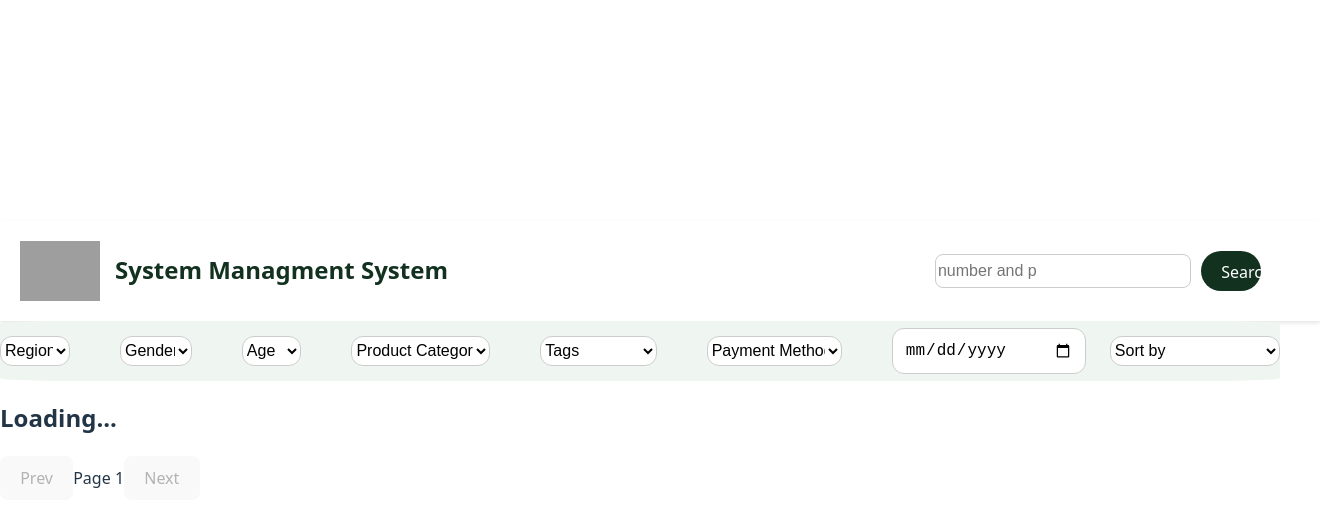
Repository: SandeepYadav18717/TruEstae
Page: / (app in TruEstae/)
An editor plug-in stored every save of this project. The page is shown before and after the next save, followed by the edit.
The browser window is 1280 px wide. The page is 1320 px wide, so the pictures cover 1320 px, including what lies to the right of the window. The pictures show the whole page.
Pictures or frames that could not be fetched are drawn as grey boxes. The page's requests for data from a server got no answer. The project was rebuilt for these pictures with package versions that can differ from the ones it lists, and the page was loaded fresh each time. No one was signed in, and anything a server would have sent is missing. Also part of the build but not shown: TruEstae/vite.config.js, TruEstae/src/App.css, TruEstae/src/Styles/Table.css.

Above is the page before, as saved 2025-12-09 07:24:44.

### TruEstae/index.html
<!doctype html>
<html lang="en">
  <head>
    <meta charset="UTF-8" />
    <link rel="icon" type="image/svg+xml" href="/vite.svg" />
    <meta name="viewport" content="width=device-width, initial-scale=1.0" />
    <title>javascript</title>
  </head>
  <body>
    <div id="root"></div>
    <script type="module" src="/src/main.jsx"></script>
  </body>
</html>

### TruEstae/src/App.jsx
import './App.css'

import Home from './Pages/Home.jsx'

function App() {
  return (
    <>


     <Home />
    </>
  )
}

export default App

### TruEstae/src/Pages/Home.jsx
import { useState, useEffect } from "react";
import Logo from "./Logo.jsx";
import SearchBar from "../components/search_bar.jsx";
import "../Styles/Home.css";
import Table from "./Table.jsx";

function Home() {
  const [filters, setFilters] = useState({
    region: "",
    gender: "",
    age: "",
    category: "",
    tags: "",
    payment: "",
    date: "",
    sortBy: "",
    page: 1,
    limit: 10,
  });

  const [data, setData] = useState([]);
  const [loading, setLoading] = useState(false);

  function Page(e) {
    const { id, value } = e.target;
    setFilters((prev) => ({ ...prev, [id]: value, page: 1 })); // reset to page 1
  }

  useEffect(() => {
    async function fetchData() {
      setLoading(true);

      const res = await fetch("http://localhost:5000/get-data", {
        method: "POST",
        headers: { "Content-Type": "application/json" },
        body: JSON.stringify(filters),
      });

      const result = await res.json();
      setData(result);

      setLoading(false);
    }

    fetchData();
  }, [filters]);

  return (
    <>
      <div className="topBar">
        <Logo />
        <SearchBar />
      </div>

      <div className="Container_Ui">
        <div id="Customer_Region">
          <select id="region" onChange={Page}>
            <option hidden>Region</option>
            <option>Central</option>
            <option>North</option>
            <option>South</option>
            <option>East</option>
            <option>West</option>
          </select>
        </div>

        <div id="Gender">
          <select id="gender" onChange={Page}>
            <option hidden>Gender</option>
            <option>Male</option>
            <option>Female</option>
          </select>
        </div>

        <div id="Age">
          <select id="age" onChange={Page}>
            <option hidden>Age</option>
            <option>18-25</option>
            <option>26-35</option>
            <option>36-50</option>
            <option>50+</option>
          </select>
        </div>

        <div id="Product_Category">
          <select id="category" onChange={Page}>
            <option hidden>Product Category</option>
            <option>Beauty</option>
            <option>Electronic</option>
            <option>Clothing</option>
          </select>
        </div>

        <div id="Tags">
          <select id="tags" onChange={Page}>
            <option hidden>Tags</option>

            <option>skincare</option>
            <option>beauty</option>
            <option>fashion</option>
            <option>organic</option>
            <option>fragrance-free</option>
            <option>portable</option>
            <option>smart</option>
            <option>gadgets</option>
            <option>makeup</option>
            <option>accessories</option>
            <option>cotton</option>
            <option>unisex</option>
            <option>formal</option>
          </select>
        </div>

        <div id="Payment_Method">
          <select id="payment" onChange={Page}>
            <option hidden>Payment Method</option>
            <option>Wallet</option>
            <option>Cash</option>
            <option>Card</option>
            <option>UPI</option>
            <option>Net Banking</option>
          </select>
        </div>

        <div id="Date">
          <input id="date" type="date" onChange={Page} />
        </div>

        <div id="SortBy">
          <select id="sortBy" onChange={Page}>
            <option hidden>Sort by</option>
            <option value="name-asc">Customer Name (A-Z)</option>
            <option value="name-desc">Customer Name (Z-A)</option>
            <option value="newest">Newest First</option>
            <option value="oldest">Oldest First</option>
          </select>
        </div>
      </div>

      {/*here is the loader if loading is true no data show  */}
      {loading && <h2>Loading...</h2>}

      {/* using props to get the table when loader is not true */}
      {!loading && <Table data={data} />}

      {/* PAGINATION BUTTONS */}
      <div>
        <button
          disabled={filters.page === 1}
          onClick={() =>
            setFilters((prev) => ({ ...prev, page: prev.page - 1 }))
          }
        >
          Prev
        </button>

        <span>Page {filters.page}</span>

        <button
          disabled={data.length < filters.limit}
          onClick={() =>
            setFilters((prev) => ({ ...prev, page: prev.page + 1 }))
          }
        >
          Next
        </button>
      </div>
    </>
  );
}

export default Home;

### TruEstae/src/Pages/Logo.jsx
import '../Styles/Logo.css';
function Logo() {
  return (
    <>
      <div className="App">
        <div id="container_home">
         <img src="https://truestate.in/assets/shared/images/trustate-logo-text.svg" />
          <h1>System Managment System</h1>
      </div>
    </div>
    </>
  );
}

export default Logo;

### TruEstae/src/components/search_bar.jsx
import '../Styles/search_bar.css';


function InputBar() {
  return (
    <div className="search_bar">
      <input type="text" placeholder="number and p" />
      <button type="submit">Search</button>
    </div>
  );
}

export default InputBar;

### TruEstae/src/Styles/Home.css
.Container_Ui {
  display: flex;
  gap:50px;
  flex-direction: row;
  align-items: center;
  justify-content: center;
  height: 100vh;
  background-color: #eff6f1;
  height:60px;
  width: 100%;
  border-radius: 5%;
}


select {
  width: 100%;
  height: 30px;
  border-radius: 12px;
  border: 1px solid #ccc;
  background: #fff;
  font-size: 16px;
  outline: none;
  cursor: pointer;
  transition: 0.2s;
}


select:hover {
  border-color: #063906;
  box-shadow: 0 4px 8px rgba(149, 190, 136, 0.899);
}


input[type="date"] {
  width: 100%;
  padding: 12px;
  border-radius: 12px;
  border: 1px solid #ccc;
  background: #fff;
  font-size: 16px;
  outline: none;
  transition: 0.2s;
}


input[type="date"]:hover {
  border-color: #4a6cf7;
  box-shadow: 0 0 8px rgba(74, 108, 247, 0.2);
}

.topBar {
  display: flex;
  align-items: center;
  justify-content: space-between;
  padding: 10px 20px;
  width: 100%;
gap: 35%;
  box-shadow: 0 2px 4px rgba(0, 0, 0, 0.1);
}

### TruEstae/src/Pages/Table.jsx
import "../Styles/Table.css";

function Table({ data }) {
  return (
    <div className="table">
      <table>
        <thead>
          <tr>
            <th>Transaction ID</th>
            <th>Date</th>
            <th>Customer ID</th>
            <th>Customer Name</th>
            <th>Phone Number</th>
            <th>Gender</th>
            <th>Age</th>
            <th>Customer Region</th>
            <th>Customer Type</th>
            <th>Product ID</th>
            <th>Product Name</th>
            <th>Brand</th>
            <th>Product Category</th>
            <th>Tags</th>
            <th>Quantity</th>
            <th>Price per Unit</th>
            <th>Discount Percentage</th>
            <th>Total Amount</th>
            <th>Final Amount</th>
            <th>Payment Method</th>
            <th>Order Status</th>
            <th>Delivery Type</th>
            <th>Store ID</th>
            <th>Store Location</th>
            <th>Salesperson ID</th>
            <th>Employee Name</th>
          </tr>
        </thead>

        <tbody>
          {data.map((row, index) => (
            <tr key={index}>
              <td>{row["Transaction ID"]}</td>
              <td>{row["Date"]}</td>
              <td>{row["Customer ID"]}</td>
              <td>{row["Customer Name"]}</td>
              <td>{row["Phone Number"]}</td>
              <td>{row["Gender"]}</td>
              <td>{row["Age"]}</td>
              <td>{row["Customer Region"]}</td>
              <td>{row["Customer Type"]}</td>
              <td>{row["Product ID"]}</td>
              <td>{row["Product Name"]}</td>
              <td>{row["Brand"]}</td>
              <td>{row["Product Category"]}</td>
              <td>{row["Tags"]}</td>
              <td>{row["Quantity"]}</td>
              <td>{row["Price per Unit"]}</td>
              <td>{row["Discount Percentage"]}</td>
              <td>{row["Total Amount"]}</td>
              <td>{row["Final Amount"]}</td>
              <td>{row["Payment Method"]}</td>
              <td>{row["Order Status"]}</td>
              <td>{row["Delivery Type"]}</td>
              <td>{row["Store ID"]}</td>
              <td>{row["Store Location"]}</td>
              <td>{row["Salesperson ID"]}</td>
              <td>{row["Employee Name"]}</td>
            </tr>
          ))}
        </tbody>
      </table>
    </div>
  );
}

export default Table;

### TruEstae/src/Styles/Logo.css
#container_home {
  display: flex;
}
#container_home img {
  height: 60px;
  margin-right: 15px;
}
#container_home h1 {
  font-size: 24px;
  color: #12311f;
  align-self: center;
}

### TruEstae/src/Styles/search_bar.css
.search_bar {
    display: flex;
    align-items: center;
    gap: 10px;
    border-radius: 12px;
    max-width: 450px;
    margin: 20px auto;
    transition: transform 0.25s ease, box-shadow 0.25s ease;
}

.search_bar:hover {
    transform: translateY(-10px) scale(1.03);

}

.search_bar input {
    height: 30px;
    width: 250px;
    border: 1px solid #ccc;
    border-radius: 8px;
    font-size: 16px;


}

.search_bar input:hover {
    border-color: #12311f;
    box-shadow: 0 15px 12px #b4d8c3;
}

.search_bar button {
    height: 40px;
    width: 60px;
    border-radius: 25px;
    background: #12311f;
    color: white;
    font-size: 16px;
    cursor: pointer;
    transition: 0.2s;
}

.search_bar button:hover {
    background: #12311f;
    box-shadow: 0 15px 12px #b4d8c3;

}

Loaded but not shown: TruEstae/src/main.jsx (common file); TruEstae/src/index.css (common file)

After the next save:
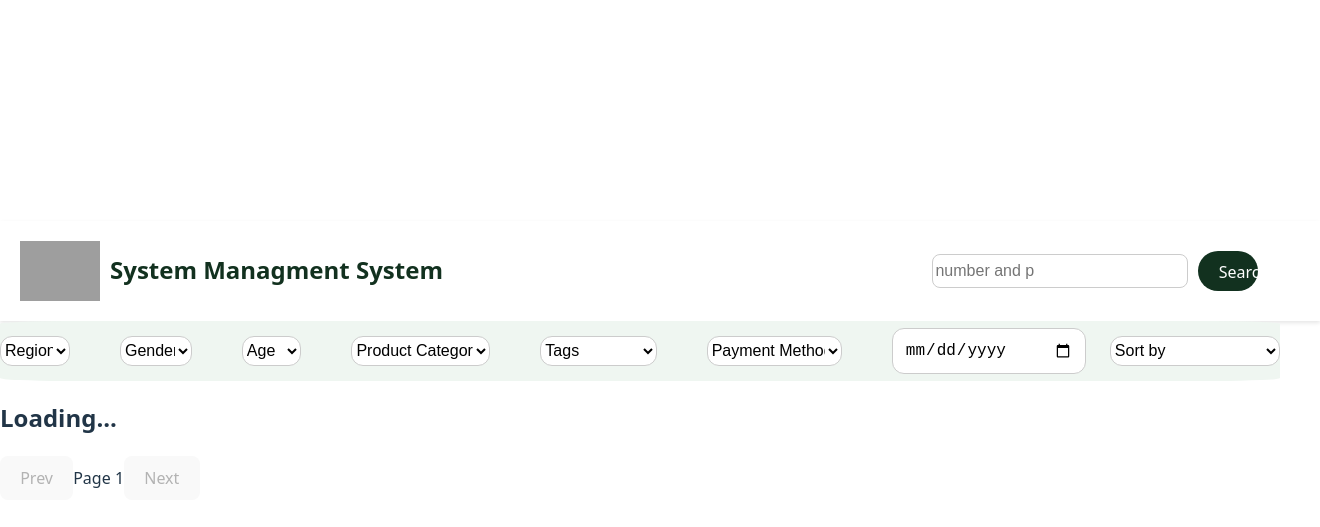
Saved 115 s later.
--- a/TruEstae/src/Styles/Logo.css
+++ b/TruEstae/src/Styles/Logo.css
@@ -3,7 +3,7 @@
 }
 #container_home img {
   height: 60px;
-  margin-right: 15px;
+  margin-right: 10px;
 }
 #container_home h1 {
   font-size: 24px;

After the 2 saves that followed:
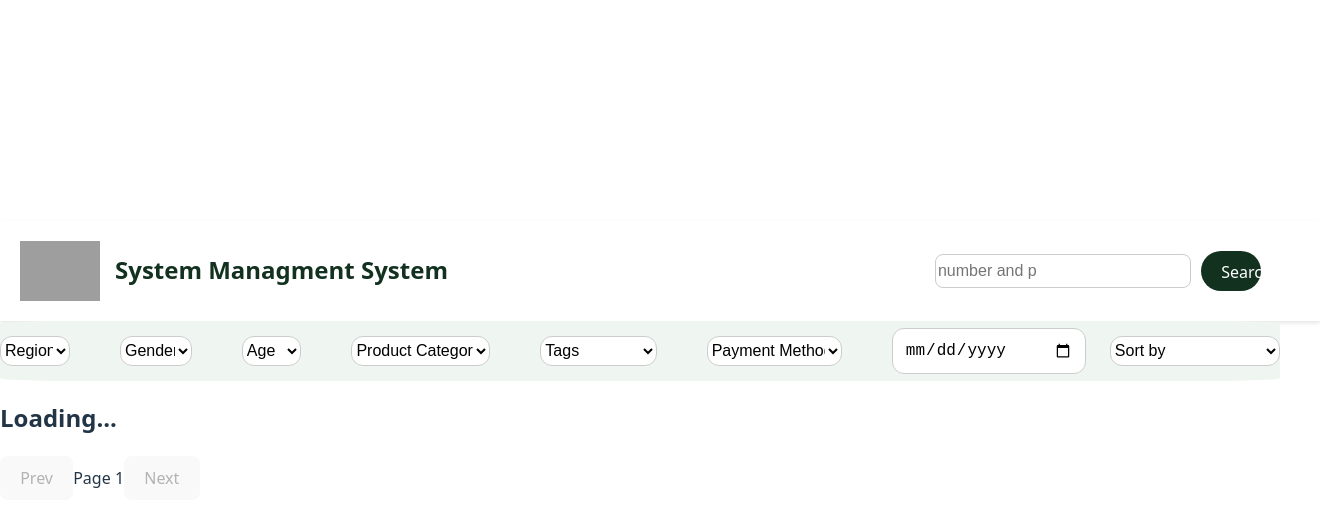
The 2 saves are shown as one change because they came seconds apart.
The last was saved 27 s later.
--- a/TruEstae/src/Styles/Logo.css
+++ b/TruEstae/src/Styles/Logo.css
@@ -3,7 +3,7 @@
 }
 #container_home img {
   height: 60px;
-  margin-right: 10px;
+  margin-right: 15px;
 }
 #container_home h1 {
   font-size: 24px;
